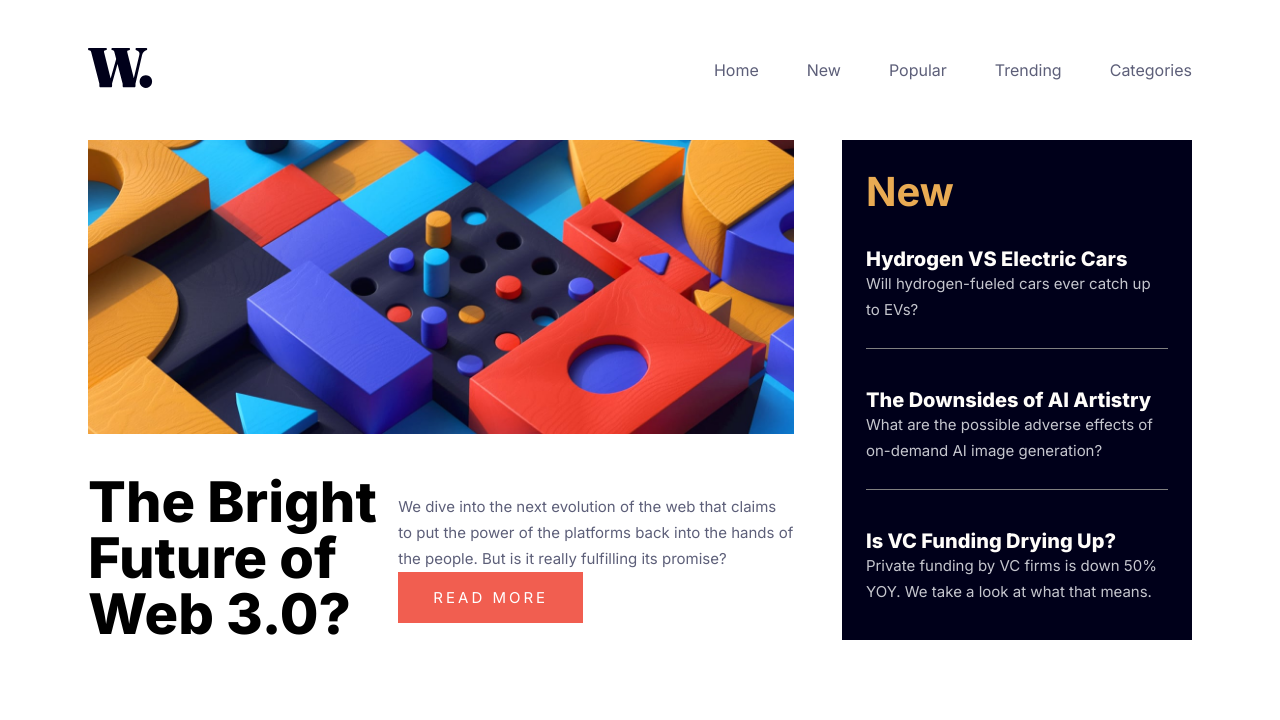
Repository: DevAntonioRogers/FrontendMentor-News-Homepage
Page: index.html
An editor plug-in stored every save of this project. The page is shown before and after the next save, followed by the edit.
The browser window is 1280 px wide. The pictures show the whole page.

Above is the page before, as saved 2023-04-21 13:09:35.

### index.html
<!DOCTYPE html>
<html lang="en">
  <head>
    <meta charset="UTF-8" />
    <meta http-equiv="X-UA-Compatible" content="IE=edge" />
    <meta name="viewport" content="width=device-width, initial-scale=1.0" />
    <link rel="stylesheet" href="styles.css" />
    <title>Document</title>
  </head>
  <body>
    <nav>
      <div class="logo">
        <img src="./assets/logo.svg" alt="logo" />
      </div>
      <ul class="nav-menu">
        <li>Home</li>
        <li>New</li>
        <li>Popular</li>
        <li>Trending</li>
        <li>Categories</li>
      </ul>
      <div class="mobile-icons">
        <img src="./assets/icon-menu.svg" alt="" />
        <img src="./assets/icon-menu-close.svg" alt="" />
      </div>
    </nav>

    <section class="hero">
      <div class="left">
        <picture>
          <source srcset="assets/image-web-3-mobile.jpg" media="(max-width: 768px)" />
          <img src="assets/image-web-3-desktop.jpg" alt="banner" />
        </picture>
        <article class="hero-article">
          <div class="hero-article-left">
            <h1>The Bright Future of Web 3.0?</h1>
          </div>
          <div class="hero-article-right">
            <div>
              <p>
                We dive into the next evolution of the web that claims to put the power of the platforms back into the
                hands of the people. But is it really fulfilling its promise?
              </p>
            </div>

            <div>
              <button>Read More</button>
            </div>
          </div>
        </article>
      </div>

      <div class="right">
        <h1>New</h1>

        <div>
          <h3>Hydrogen VS Electric Cars</h3>
          <p>Will hydrogen-fueled cars ever catch up to EVs?</p>
        </div>

        <div>
          <h3>The Downsides of AI Artistry</h3>
          <p>What are the possible adverse effects of on-demand AI image generation?</p>
        </div>

        <div>
          <h3>Is VC Funding Drying Up?</h3>
          <p>Private funding by VC firms is down 50% YOY. We take a look at what that means.</p>
        </div>
      </div>
    </section>
  </body>
</html>

### styles.css
@import url('https://fonts.googleapis.com/css2?family=Inter:wght@400;700;800&display=swap');

*{
  box-sizing: border-box;
  margin: 0;
  padding: 0;
  font-family: 'Inter', sans-serif;
}

/* img{
  width: 100%;
  height: 100%;
} */

body{
  max-width: 1200px;
  margin: auto;
  padding: 3rem;
}

a{
  text-decoration: none;
}

li{
  list-style: none;
}

/* NAVBAR STYLES */

nav{
  display: flex;
  justify-content: space-between;
  align-items: center;
}

.nav-menu{
  display: flex;
  gap: 3rem;
}

.nav-menu{
  color: hsl(236, 13%, 42%);
}

.mobile-icons{
  display: none;
}

/* HERO STYLES */

.hero{
  display: flex;
  justify-content: center;
  gap: 3rem;
  margin-top: 3rem;
  max-height: 500px;
}

.left{
  display: flex;
  flex-direction: column;
}

.left img{
  max-width: 100%;
  height: 100%;
}

.hero-article{
  display: flex;
  margin-top: 2.5rem;
  justify-content: center;
  gap: 1rem;
  align-items: center;
  width: 100%;
}

.hero-article h1{
  font-weight: 800;
  font-size: 56px;
  line-height: 56px;
}



.hero-article button{
  color: white;
  background-color: hsl(5, 85%, 63%);
  width: 185px;
  padding: 1rem;
  font-size: 15px;
  letter-spacing: 3px;
  text-transform: uppercase;
  border: none;
}


.hero-article p{
  font-weight: 400;
  font-size: 15px;
  line-height: 26px;
  color: hsl(236, 13%, 42%);

}











.right{
  background-color: hsl(240, 100%, 5%);
  color: white;
  padding: 2rem 1.5rem;
  display: flex;
  flex-direction: column;
  gap: 2rem;
  min-width: 350px;
}

.right h1{
  font-size: 40px;
  color: hsl(35, 77%, 62%);
  line-height: 40px;
  font-weight: 700;
}

.right h3 {
  font-weight: 800;
  font-size: 20px;
  line-height: 24px;
  color: hsl(36, 100%, 99%);
}

.right p{
  font-weight: 400;
  font-size: 15px;
  line-height: 26px;
  color: hsl(233, 8%, 79%);
}

.right div{
  margin: auto;
  border-bottom: solid 1px grey;
  padding-bottom: 25px;
}

.right div:nth-child(4){
  border: none;
  padding-bottom: 0;
}

After the next save:
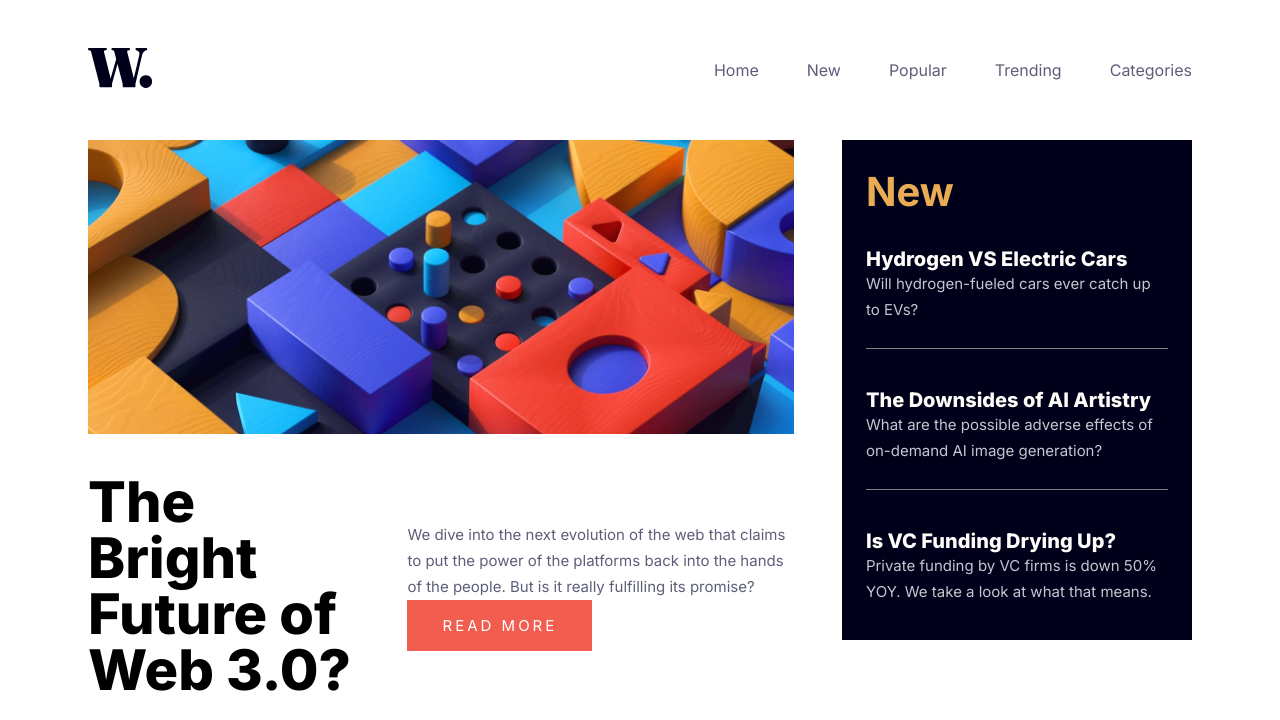
Saved 46 s later.
--- a/styles.css
+++ b/styles.css
@@ -73,7 +73,7 @@
   justify-content: center;
   gap: 1rem;
   align-items: center;
-  width: 100%;
+  gap: 2rem;
 }
 
 .hero-article h1{

After the save that followed:
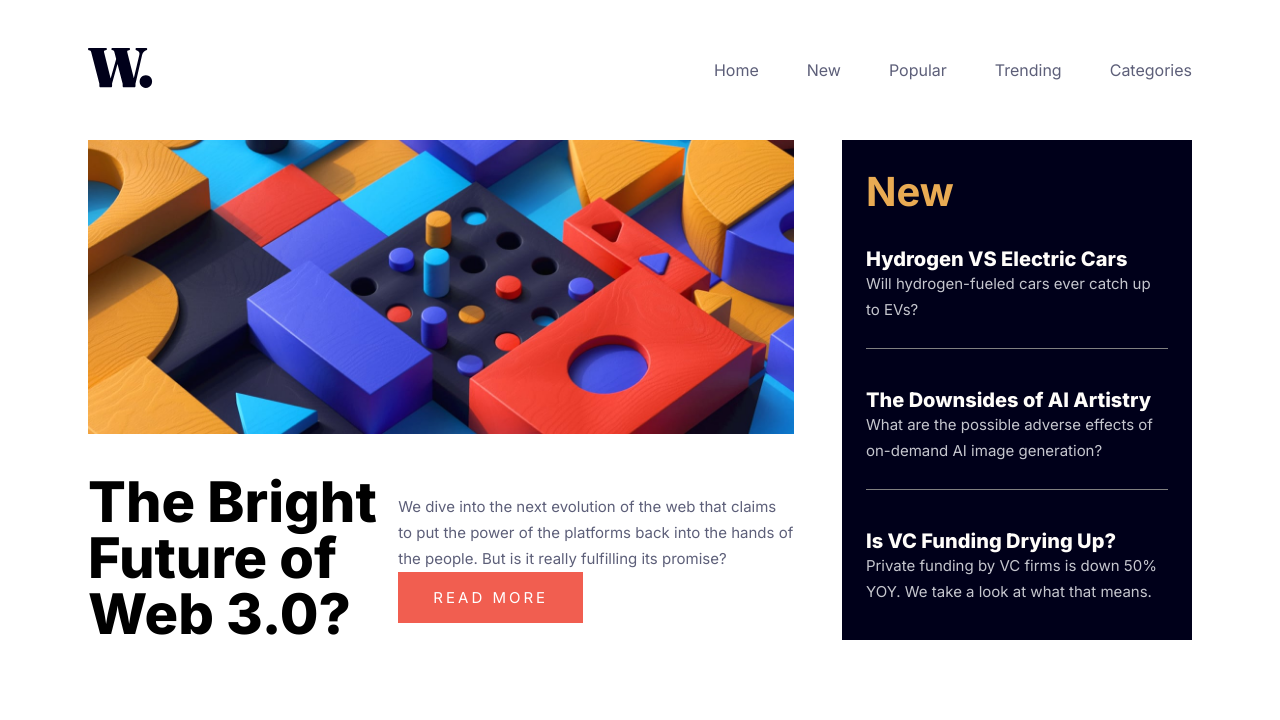
Saved 13 s later.
--- a/styles.css
+++ b/styles.css
@@ -73,7 +73,6 @@
   justify-content: center;
   gap: 1rem;
   align-items: center;
-  gap: 2rem;
 }
 
 .hero-article h1{
